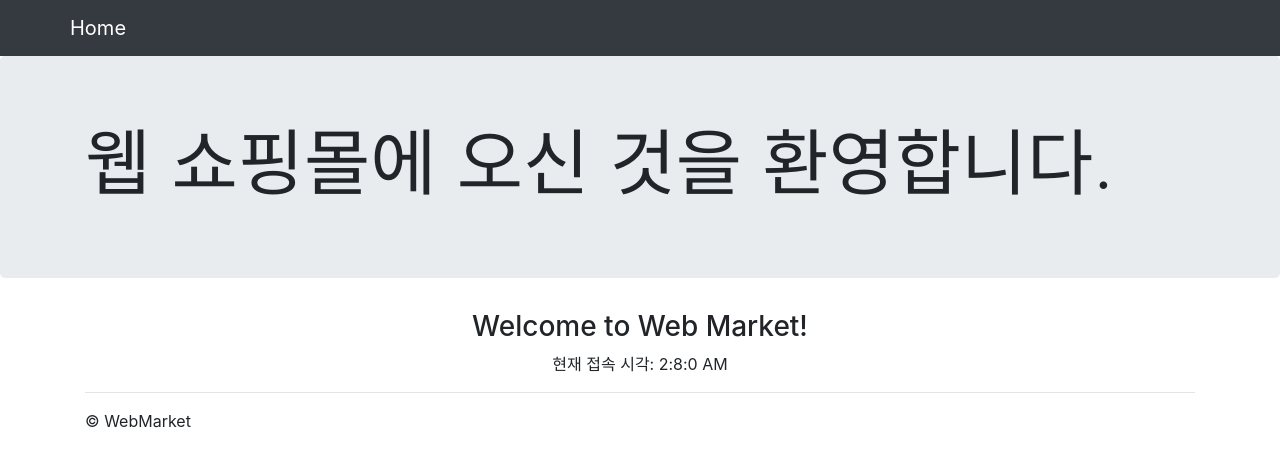
Repository: lhj257/jspwrokspace
Page: http://localhost/WebMarket/welcome.jsp
An editor plug-in stored every save of this project. The page is shown before and after the next save, followed by the edit.
The browser window is 1280 px wide. The pictures show the whole page.
The page is served by Tomcat 9. Nobody is signed in. The application's start-up code is not run.

Above is the page before, as saved 2023-08-25 01:50:28.

After the next save:
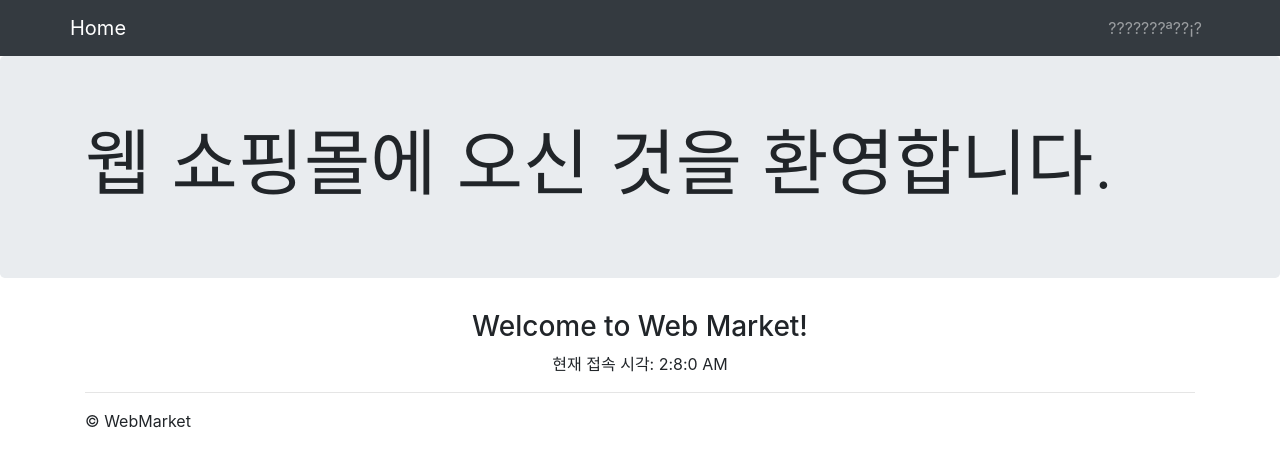
Saved 10 min 50 s later.
--- a/WebMarket/src/main/webapp/menu.jsp
+++ b/WebMarket/src/main/webapp/menu.jsp
@@ -4,7 +4,9 @@
 			<a class="navbar-brand" href="./welcome.jsp">Home</a>
 		</div>
 		<div>
-			<ul></ul>
+			<ul class="navbar-nav mr-auto">
+				<li class="nav-item"><a class="nav-link" href="./products.jsp">상품목록</a></li>
+			</ul>
 		</div>
 	</div>
 </nav>
